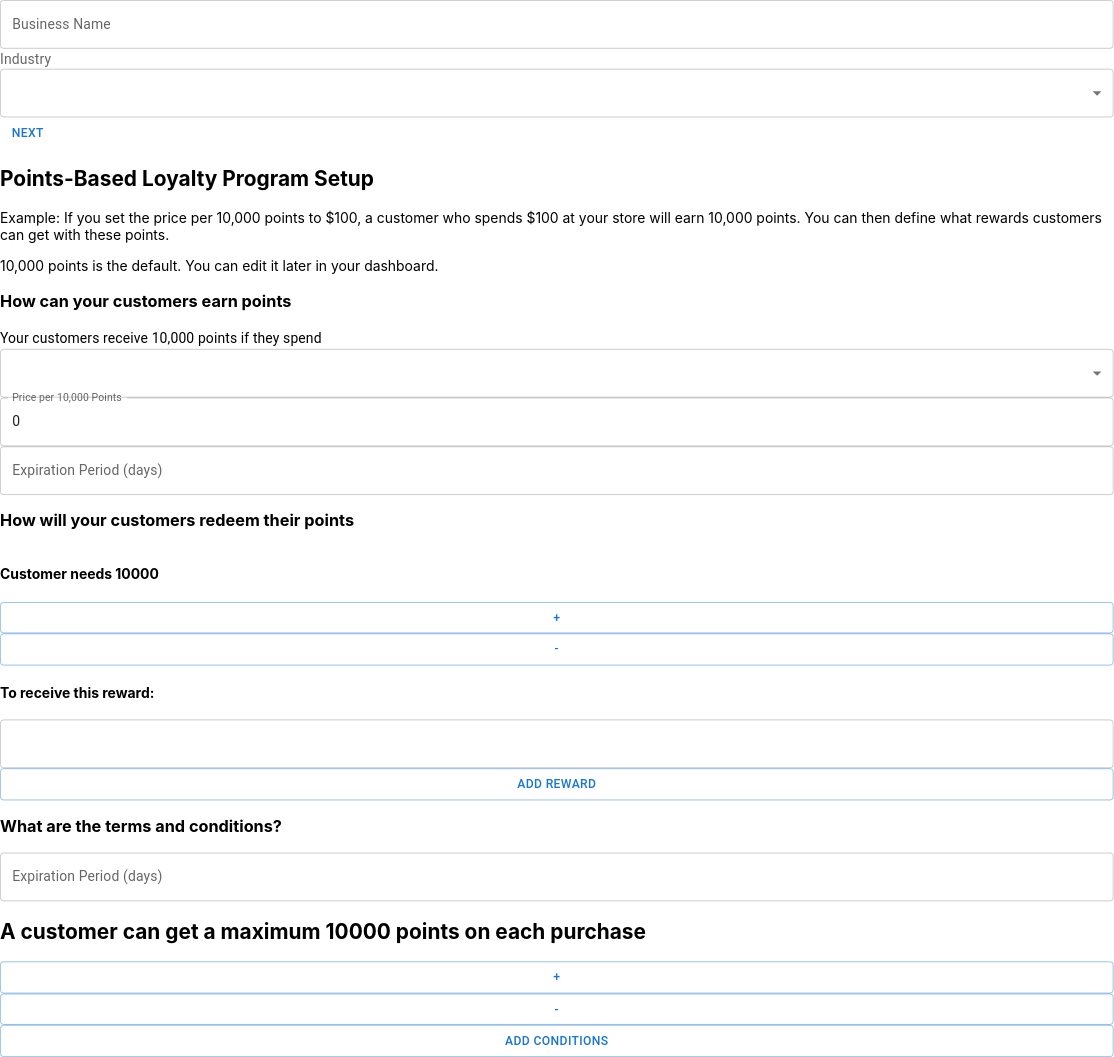
Repository: Armstrong2035/loyaltyTrackr
Page: /onboarding (app in loyalty-trackr/)
These files come from the project's save history. The page is drawn as it stood at one moment and after a run of saves; the edit follows.
The browser window is 1280 px wide. The pictures show the whole page, at 87% of full size.
The project was rebuilt for these pictures with package versions that can differ from the ones it lists, and the page was loaded fresh each time. Also part of the build but not shown: loyalty-trackr/src/firebase.js, loyalty-trackr/src/Authentication/Signup.js, loyalty-trackr/src/Home/Home.js, loyalty-trackr/src/Authentication/Login.js.

Above is the page before, as saved 2024-06-07 13:22:47.

### loyalty-trackr/src/App.js
import React from "react";
import { Signup } from "./Authentication/Signup";
import { HomePage } from "./Home/Home";
import { BusinessDetails } from "./Onboarding/BusinessDetails/BusinessDetails";
import Login from "./Authentication/Login";
import { Route, Routes } from "react-router-dom";
import { Onboarding } from "./Onboarding/Onboarding";

function App() {
  return (
    <>
      <Routes>
        <Route path="/" element={<HomePage />} />
        <Route path="/signup" element={<Signup />} />
        <Route path="/login" element={<Login />} />
        <Route path="/onboarding" element={<Onboarding />} />
      </Routes>
    </>
  );
}

export default App;

### loyalty-trackr/src/Onboarding/BusinessDetails/BusinessDetails.js
import React, { useState } from "react";
import {
  Button,
  FormGroup,
  InputLabel,
  MenuItem,
  Select,
  TextField,
} from "@mui/material";

const industryList = [
  "Retail",
  "Food and Beverage",
  "Health and Wellness",
  "Automotive",
  "Home Services",
  "Education and Training",
  "Entertainment and Recreation",
  "E-commerce and Online Retail",
];

export const BusinessDetails = () => {
  const [name, setName] = useState("");
  const [industry, setIndustry] = useState("");

  const handleNameChange = (e) => {
    const name = e.target.value;
    setName(name);
  };

  const handleIndustryChange = (e) => {
    const industry = e.target.value;
    setIndustry(industry);
  };

  return (
    <div>
      <FormGroup>
        <TextField
          id="business-name"
          label="Business Name"
          variant="outlined"
          value={name}
          onChange={handleNameChange}
        />

        <InputLabel id="industry">Industry</InputLabel>
        <Select
          id="select-industry"
          value={industry}
          label="Industry"
          onChange={handleIndustryChange}
        >
          {industryList.map((industry) => (
            <MenuItem value={industry}>{`${industry}`}</MenuItem>
          ))}
        </Select>
      </FormGroup>

      <Button>Next</Button>
    </div>
  );
};

### loyalty-trackr/src/Onboarding/Onboarding.js
import React from "react";
import { LoyaltySetup } from "./LoyaltySetup/LoyaltySetup";
import { BusinessDetails } from "./BusinessDetails/BusinessDetails";

export const Onboarding = () => {
  return (
    <div>
      <BusinessDetails />
      <LoyaltySetup />
    </div>
  );
};

### loyalty-trackr/src/Onboarding/LoyaltySetup/LoyaltySetup.js
import React, { useState } from "react";
import { PointsBased } from "./PointsBased/PointsBased";

export const LoyaltySetup = () => {
  return (
    <>
      <PointsBased />
    </>
  );
};

### loyalty-trackr/src/Onboarding/LoyaltySetup/PointsBased/PointsBased.js
import { Typography } from "@mui/material";
import React from "react";
import { PointsPerPurchase } from "../PointsBased/PointsPerPurchase";
import { RedemptionOption } from "./RedemptionOptions";
import { Conditions } from "./Conditions";

export const PointsBased = () => {
  return (
    <>
      <h2>Points-Based Loyalty Program Setup</h2>

      <p>
        Example: If you set the price per 10,000 points to $100, a customer who
        spends $100 at your store will earn 10,000 points. You can then define
        what rewards customers can get with these points.
      </p>

      <p>
        10,000 points is the default. You can edit it later in your dashboard.
      </p>

      <h3>How can your customers earn points</h3>
      <PointsPerPurchase />

      <h3>How will your customers redeem their points</h3>
      <RedemptionOption />

      <h3>What are the terms and conditions?</h3>
      <Conditions />
    </>
  );
};

### loyalty-trackr/src/Onboarding/LoyaltySetup/PointsBased/PointsPerPurchase.js
import {
  FormGroup,
  TextField,
  Select,
  Typography,
  MenuItem,
} from "@mui/material";
import React, { useState } from "react";
import { currencies } from "../../../Utility/currencies";

export const PointsPerPurchase = () => {
  const [currency, setCurrency] = useState("");
  const [price, setPrice] = useState(0);
  const [expirationPeriod, setExpirationPeriod] = useState();
  const [maximumPointsPerPurchase, setMaximumPointsPerPurchase] = useState();

  const currencyArray = currencies;

  const pointsPerPurchase = {
    points: 10000,
    pricePerPurchase: {
      amount: price,
      currency: currency,
      expiry: expirationPeriod,
      maximum: maximumPointsPerPurchase,
    },
  };

  console.log(pointsPerPurchase);

  return (
    <>
      <div>
        <Typography>
          Your customers receive 10,000 points if they spend
        </Typography>

        <FormGroup>
          <Select
            id="select-currency"
            value={currency}
            label="Currency"
            onChange={(e) => setCurrency(e.target.value)}
          >
            {currencyArray.map((currency) => (
              <MenuItem value={currency}>{`${currency}`}</MenuItem>
            ))}
          </Select>

          <TextField
            id="price"
            label="Price per 10,000 Points"
            variant="outlined"
            value={price}
            type="number"
            onChange={(e) => setPrice(e.target.value)}
          />

          <TextField
            id="expiration-period"
            label="Expiration Period (days)"
            type="number"
            value={expirationPeriod}
            onChange={(e) => setExpirationPeriod(e.target.value)}
          />
        </FormGroup>
      </div>
    </>
  );
};

### loyalty-trackr/src/Onboarding/LoyaltySetup/PointsBased/RedemptionOptions.js
import { Button, FormGroup, Stack, TextField } from "@mui/material";
import React, { useState } from "react";

/* Create array
    Add new object to array
        Object should have the following:
            Points needed
            Gift to redeem
*/

export const RedemptionOption = () => {
  const [redemptionOptions, setRedemptionOptions] = useState([]);

  let [pointsNeeded, setPointsNeeded] = useState(10000);
  const [reward, setReward] = useState("");

  const increaseRequirePoints = () => {
    setPointsNeeded(() => (pointsNeeded += 100));
  };

  const decreaseRequiredPoints = () => {
    setPointsNeeded(() => (pointsNeeded -= 100));
  };

  const handleRewardChange = (e) => {
    setReward(e.target.value);
  };

  const addRedemptionOption = () => {
    const redemptionOptionInstance = {
      points: pointsNeeded,
      reward: reward,
    };

    setRedemptionOptions((prev) => [...prev, redemptionOptionInstance]);
  };

  console.log(redemptionOptions);

  return (
    <div>
      <Stack>
        <h4>{`Customer needs ${pointsNeeded}`}</h4>
        <Button variant="outlined" onClick={increaseRequirePoints}>
          +
        </Button>
        <Button variant="outlined" onClick={decreaseRequiredPoints}>
          -
        </Button>

        <h4>To receive this reward:</h4>
        <TextField id="reward" value={reward} onChange={handleRewardChange} />

        <Button variant="outlined" onClick={addRedemptionOption}>
          Add reward
        </Button>
      </Stack>
    </div>
  );
};

### loyalty-trackr/src/Onboarding/LoyaltySetup/PointsBased/Conditions.js
import { FormGroup, TextField, Button } from "@mui/material";
import React, { useState } from "react";

export const Conditions = () => {
  const [expirationPeriod, setExpirationPeriod] = useState();
  let [maximumPointsPerPurchase, setMaximumPointsPerPurchase] = useState(10000);
  const [conditions, setConditions] = useState({});

  const increaseMaximumPoints = () => {
    setMaximumPointsPerPurchase(() => (maximumPointsPerPurchase += 100));
  };

  const decreaseMaximumPoints = () => {
    setMaximumPointsPerPurchase(() => (maximumPointsPerPurchase -= 100));
  };

  const handleConditionsChange = () => {
    const conditions = {
      pointsExpiry: expirationPeriod,
      maximumPointsObtainable: maximumPointsPerPurchase,
    };

    setConditions(conditions);
  };

  console.log(conditions);

  return (
    <div>
      <FormGroup>
        <TextField
          id="expiration-period"
          label="Expiration Period (days)"
          type="number"
          value={expirationPeriod}
          onChange={(e) => setExpirationPeriod(e.target.value)}
        />

        <h2>{`A customer can get a maximum ${maximumPointsPerPurchase} points on each purchase `}</h2>

        <Button variant="outlined" onClick={increaseMaximumPoints}>
          +
        </Button>
        <Button variant="outlined" onClick={decreaseMaximumPoints}>
          -
        </Button>

        <Button variant="outlined" onClick={handleConditionsChange}>
          Add Conditions
        </Button>
      </FormGroup>
    </div>
  );
};

### loyalty-trackr/src/Utility/currencies.js
export const currencies = [
  "Afghan Afghani (AFN)",
  "Albanian Lek (ALL)",
  "Algerian Dinar (DZD)",
  "Angolan Kwanza (AOA)",
  "Argentine Peso (ARS)",
  "Armenian Dram (AMD)",
  "Aruban Florin (AWG)",
  "Australian Dollar (AUD)",
  "Azerbaijani Manat (AZN)",
  "Bahamian Dollar (BSD)",
  "Bahraini Dinar (BHD)",
  "Bangladeshi Taka (BDT)",
  "Barbadian Dollar (BBD)",
  "Belarusian Ruble (BYN)",
  "Belize Dollar (BZD)",
  "Bermudian Dollar (BMD)",
  "Bhutanese Ngultrum (BTN)",
  "Bolivian Boliviano (BOB)",
  "Bosnia-Herzegovina Convertible Mark (BAM)",
  "Botswana Pula (BWP)",
  "Brazilian Real (BRL)",
  "Brunei Dollar (BND)",
  "Bulgarian Lev (BGN)",
  "Burundian Franc (BIF)",
  "Cambodian Riel (KHR)",
  "Canadian Dollar (CAD)",
  "Cape Verdean Escudo (CVE)",
  "Cayman Islands Dollar (KYD)",
  "Central African CFA Franc (XAF)",
  "Chilean Peso (CLP)",
  "Chinese Yuan (CNY)",
  "Colombian Peso (COP)",
  "Comorian Franc (KMF)",
  "Congolese Franc (CDF)",
  "Costa Rican Colón (CRC)",
  "Croatian Kuna (HRK)",
  "Cuban Peso (CUP)",
  "Czech Koruna (CZK)",
  "Danish Krone (DKK)",
  "Djiboutian Franc (DJF)",
  "Dominican Peso (DOP)",
  "East Caribbean Dollar (XCD)",
  "Egyptian Pound (EGP)",
  "Eritrean Nakfa (ERN)",
  "Ethiopian Birr (ETB)",
  "Euro (EUR)",
  "Falkland Islands Pound (FKP)",
  "Fiji Dollar (FJD)",
  "Gambian Dalasi (GMD)",
  "Georgian Lari (GEL)",
  "Ghanaian Cedi (GHS)",
  "Gibraltar Pound (GIP)",
  "Guatemalan Quetzal (GTQ)",
  "Guinean Franc (GNF)",
  "Guyanese Dollar (GYD)",
  "Haitian Gourde (HTG)",
  "Honduran Lempira (HNL)",
  "Hong Kong Dollar (HKD)",
  "Hungarian Forint (HUF)",
  "Icelandic Króna (ISK)",
  "Indian Rupee (INR)",
  "Indonesian Rupiah (IDR)",
  "Iranian Rial (IRR)",
  "Iraqi Dinar (IQD)",
  "Israeli New Shekel (ILS)",
  "Jamaican Dollar (JMD)",
  "Japanese Yen (JPY)",
  "Jordanian Dinar (JOD)",
  "Kazakhstani Tenge (KZT)",
  "Kenyan Shilling (KES)",
  "Kuwaiti Dinar (KWD)",
  "Kyrgyzstani Som (KGS)",
  "Lao Kip (LAK)",
  "Lebanese Pound (LBP)",
  "Lesotho Loti (LSL)",
  "Liberian Dollar (LRD)",
  "Libyan Dinar (LYD)",
  "Macanese Pataca (MOP)",
  "Macedonian Denar (MKD)",
  "Malagasy Ariary (MGA)",
  "Malawian Kwacha (MWK)",
  "Malaysian Ringgit (MYR)",
  "Maldivian Rufiyaa (MVR)",
  "Mauritanian Ouguiya (MRU)",
  "Mauritian Rupee (MUR)",
  "Mexican Peso (MXN)",
  "Moldovan Leu (MDL)",
  "Mongolian Tugrik (MNT)",
  "Moroccan Dirham (MAD)",
  "Mozambican Metical (MZN)",
  "Myanmar Kyat (MMK)",
  "Namibian Dollar (NAD)",
  "Nepalese Rupee (NPR)",
  "Netherlands Antillean Guilder (ANG)",
  "New Taiwan Dollar (TWD)",
  "New Zealand Dollar (NZD)",
  "Nicaraguan Córdoba (NIO)",
  "Nigerian Naira (NGN)",
  "North Korean Won (KPW)",
  "Norwegian Krone (NOK)",
  "Omani Rial (OMR)",
  "Pakistani Rupee (PKR)",
  "Panamanian Balboa (PAB)",
  "Papua New Guinean Kina (PGK)",
  "Paraguayan Guaraní (PYG)",
  "Peruvian Sol (PEN)",
  "Philippine Peso (PHP)",
  "Polish Złoty (PLN)",
  "Pound Sterling (GBP)",
  "Qatari Riyal (QAR)",
  "Romanian Leu (RON)",
  "Russian Ruble (RUB)",
  "Rwandan Franc (RWF)",
  "Saint Helena Pound (SHP)",
  "Salvadoran Colón (SVC)",
  "Samoan Tala (WST)",
  "São Tomé and Príncipe Dobra (STN)",
  "Saudi Riyal (SAR)",
  "Serbian Dinar (RSD)",
  "Seychellois Rupee (SCR)",
  "Sierra Leonean Leone (SLL)",
  "Singapore Dollar (SGD)",
  "Solomon Islands Dollar (SBD)",
  "Somali Shilling (SOS)",
  "South African Rand (ZAR)",
  "South Korean Won (KRW)",
  "South Sudanese Pound (SSP)",
  "Sri Lankan Rupee (LKR)",
  "Sudanese Pound (SDG)",
  "Surinamese Dollar (SRD)",
  "Swazi Lilangeni (SZL)",
  "Swedish Krona (SEK)",
  "Swiss Franc (CHF)",
  "Syrian Pound (SYP)",
  "Tajikistani Somoni (TJS)",
  "Tanzanian Shilling (TZS)",
  "Thai Baht (THB)",
  "Tongan Paanga (TOP)",
  "Trinidad and Tobago Dollar (TTD)",
  "Tunisian Dinar (TND)",
  "Turkish Lira (TRY)",
  "Turkmenistan Manat (TMT)",
  "Ugandan Shilling (UGX)",
  "Ukrainian Hryvnia (UAH)",
  "United Arab Emirates Dirham (AED)",
  "United States Dollar (USD)",
  "Uruguayan Peso (UYU)",
  "Uzbekistani Som (UZS)",
  "Vanuatu Vatu (VUV)",
  "Venezuelan Bolívar Soberano (VES)",
  "Vietnamese Đồng (VND)",
  "West African CFA franc (XOF)",
  "Yemeni Rial (YER)",
  "Zambian Kwacha (ZMW)",
  "Zimbabwean Dollar (ZWL)",
];

Loaded but not shown: loyalty-trackr/public/index.html (common file); loyalty-trackr/src/index.js (common file); loyalty-trackr/src/index.css (common file); loyalty-trackr/src/reportWebVitals.js (common file)

After the next 2 saves:
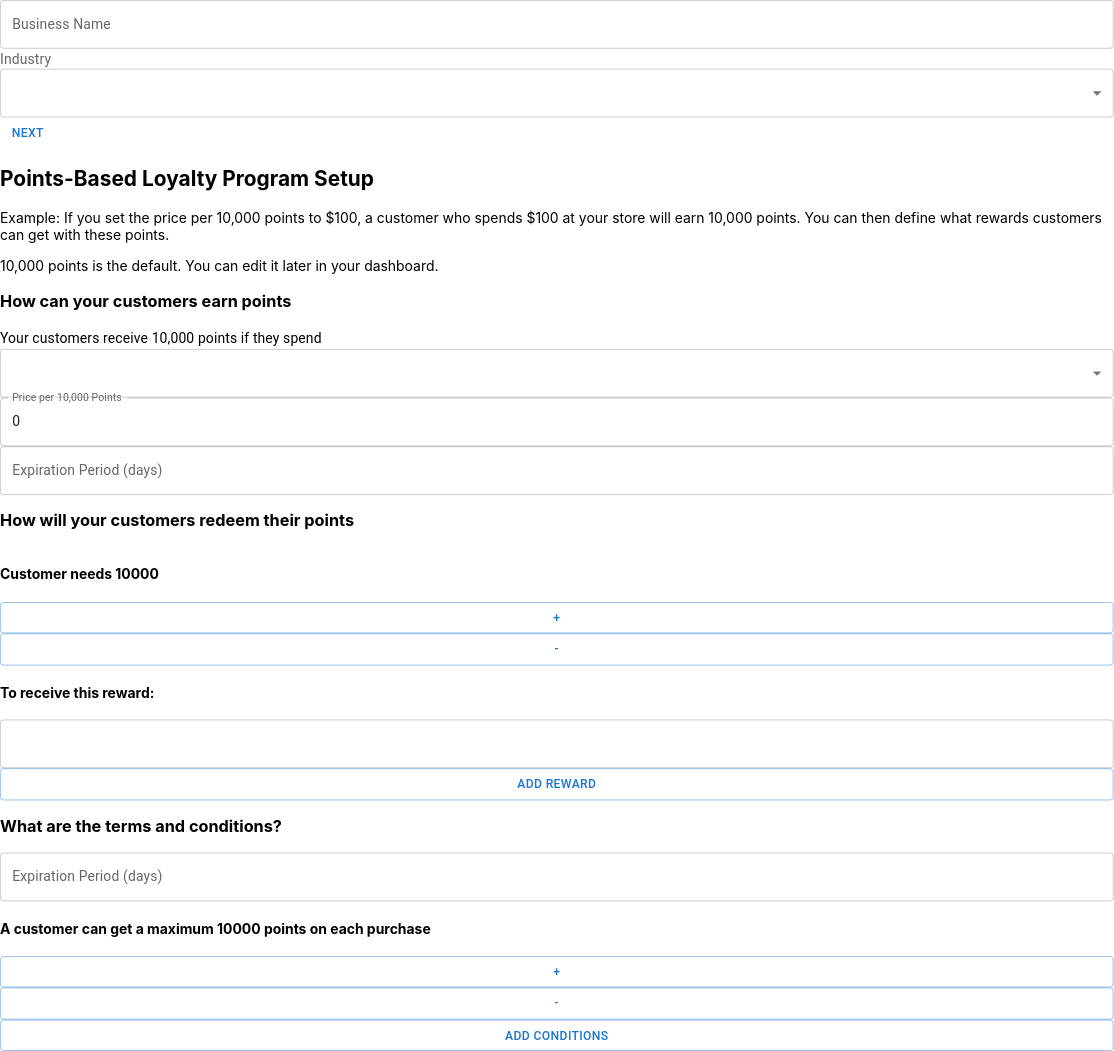
The 2 saves are shown as one change because 1 did not build or start.
The last was saved 46 s later.
--- a/loyalty-trackr/src/Onboarding/LoyaltySetup/PointsBased/Conditions.js
+++ b/loyalty-trackr/src/Onboarding/LoyaltySetup/PointsBased/Conditions.js
@@ -36,7 +36,7 @@ export const Conditions = () => {
           onChange={(e) => setExpirationPeriod(e.target.value)}
         />
 
-        <h2>{`A customer can get a maximum ${maximumPointsPerPurchase} points on each purchase `}</h2>
+        <h4>{`A customer can get a maximum ${maximumPointsPerPurchase} points on each purchase `}</h4>
 
         <Button variant="outlined" onClick={increaseMaximumPoints}>
           +
